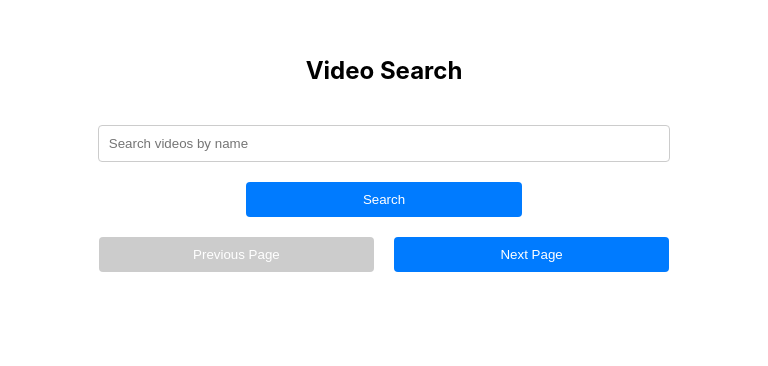
Repository: LolaSL/video-search
Page: /
An editor plug-in stored every save of this project. The page is shown before and after a run of saves, followed by the edit.
The browser window is 768 px wide. The pictures show the whole page.
The project was rebuilt for these pictures with package versions that can differ from the ones it lists, and the page was loaded fresh each time.

Above is the page before, as saved 2023-08-12 13:15:37.

After the next 2 saves:
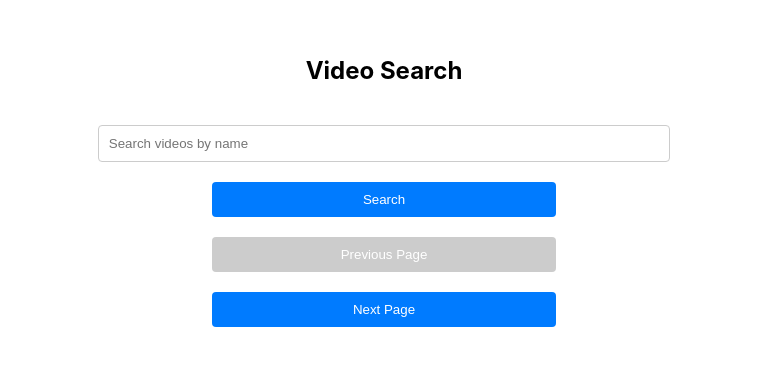
The 2 saves are shown as one change because they came seconds apart.
The last was saved 5 s later.
--- a/src/App.css
+++ b/src/App.css
@@ -77,7 +77,7 @@ iframe {
   }
 
   button {
-    width: 40%;
+    width: 50%;
     margin-bottom: 10px;
   }
 
